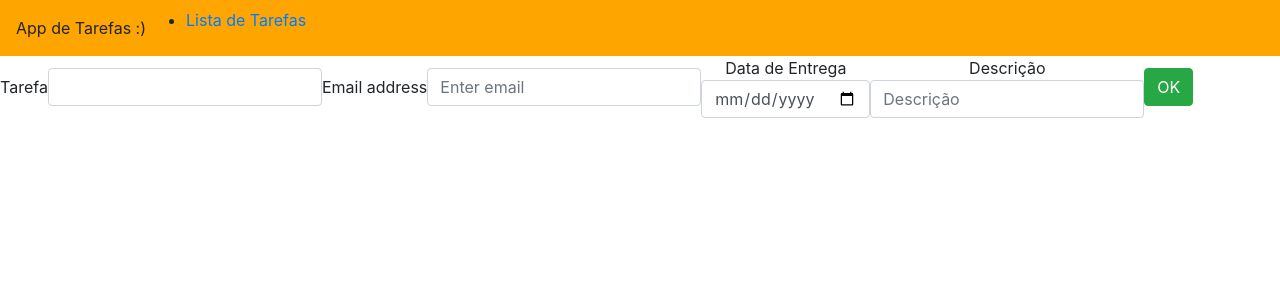
Repository: sophiaks/CRUD
Page: http://localhost/Projeto1/Views/adiciona.jsp
The author's editor kept a copy of each file at every save. The page is drawn from the files as they stood at one save, then again after the next save.
The browser window is 1280 px wide. The pictures show the whole page.
The page is served by Tomcat 9. Nobody is signed in. The application's start-up code is not run.

Above is the page before, as saved 2020-09-23 19:13:03.

After the next save:
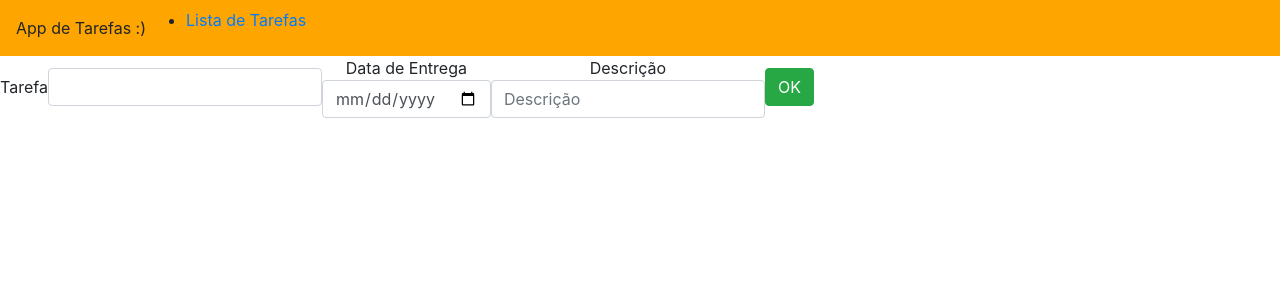
Saved 10 s later.
--- a/WorkspaceP1/Projeto1/WebContent/Views/adiciona.jsp
+++ b/WorkspaceP1/Projeto1/WebContent/Views/adiciona.jsp
@@ -33,9 +33,7 @@
 			<label for="nome">Tarefa</label>
 			<input type="text" name="nome" class="form-control" id="nome">
 		</div>
-				<div class="form-group">
-    <label for="exampleInputEmail1">Email address</label>
-    <input type="email" class="form-control" id="exampleInputEmail1" aria-describedby="emailHelp" placeholder="Enter email">
+
 
   </div>
 
